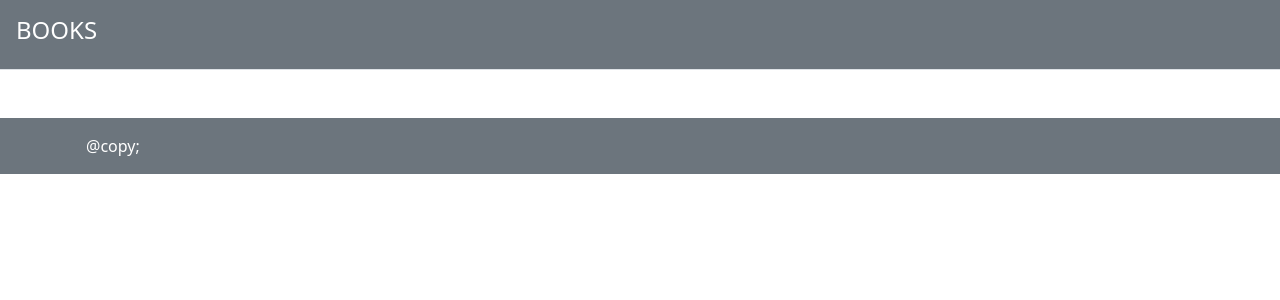
Repository: SKB-TECH/Books
Page: /
These files come from the project's save history. The page is drawn as it stood at one moment and after the next save; the edit follows.
The browser window is 1280 px wide. The pictures show the whole page.
The project was rebuilt for these pictures with package versions that can differ from the ones it lists, and the page was loaded fresh each time. Also part of the build but not shown: vite.config.js.

Above is the page before, as saved 2022-11-09 15:34:20.

After the next save:
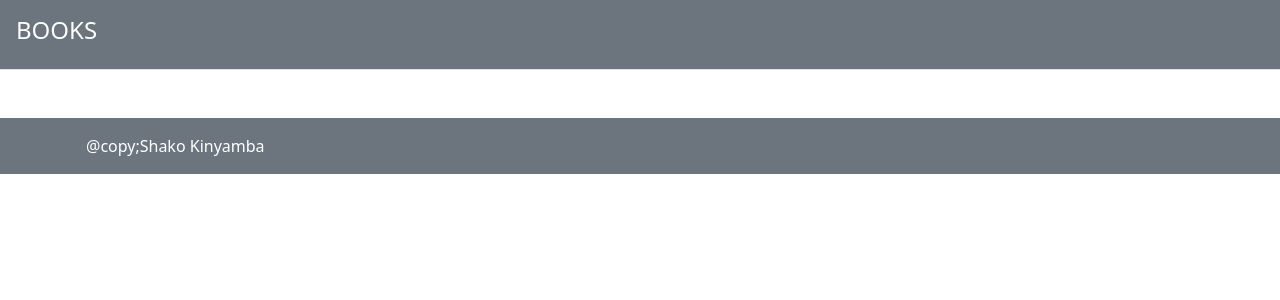
Saved 5 s later.
--- a/src/components/Footer.jsx
+++ b/src/components/Footer.jsx
@@ -5,7 +5,7 @@ const Footer = () => {
         <footer className='footer text-white bg-secondary mt-5'>
             <div className='container p-3'>
                 <span>
-                    @copy;
+                    @copy;Shako Kinyamba
                 </span>
             </div>
         </footer>
